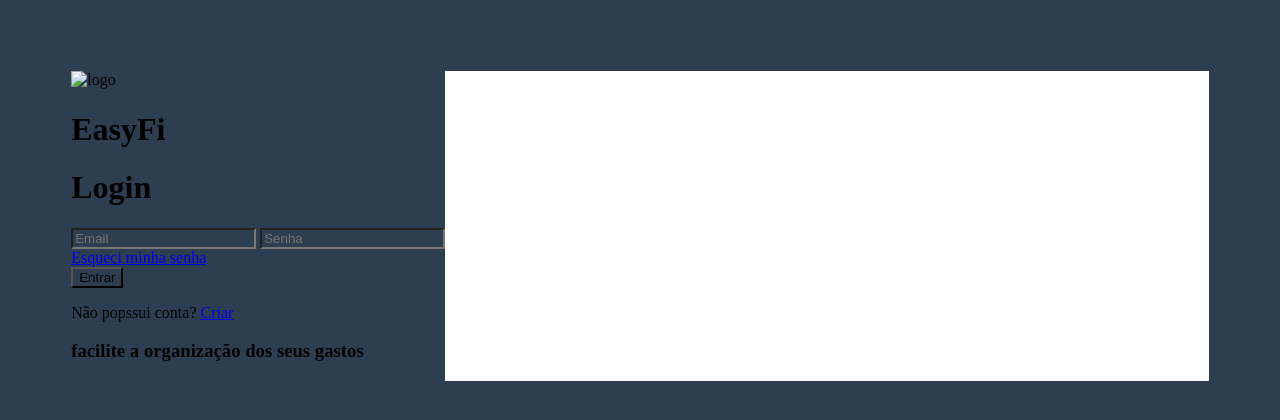
Repository: Ingridiag/projeto-engenharia
Page: login.html
The author's editor kept a copy of each file at every save. The page is drawn from the files as they stood at one save, then again after the next save.
The browser window is 1280 px wide. The pictures show the whole page.

Above is the page before, as saved 2024-10-28 15:07:28.

### login.html
<!DOCTYPE html>
<html lang="pt">

<head>
    <meta charset="UTF-8">
    <meta name="viewport" content="width=device-width, initial-scale=1.0">
    <link rel="stylesheet" href="style.css">
    <title>Login</title>
</head>

<body>
    <div class="container">

        <!-- Tela Login -->
        <div class="login">
            <div class="primeira-coluna">
                <div>
                    <img src="#" alt="logo">
                    <h1>EasyFi</h1>
                </div>
                <div>
                    <h1 class="title">Login</h1>
                    <form>
                        <input type="email" placeholder="Email">
                        <input type="password" placeholder="Senha">
                    </form>
                    <div>
                        <a href="#" class="link">Esqueci minha senha</a>

                    </div>
                    <div class="btn-default">
                        <button>
                            Entrar
                        </button>
                    </div>
                    <div>
                        <p>Não popssui conta?
                            <span>
                                <a href="#" class="link">Criar</a>
                            </span>
                        </p>
                    </div>
                </div>
                <div class="segunda-coluna">
                    <h3 class="mensagem">
                        facilite a organização dos seus gastos
                    </h3>
                </div>
            </div>
        </div>



        <div class="cadastro">
            <!-- Tela Cadastro -->
            <div class="primeira-coluna">
                <h3 class="mensagem">
                    facilite a organização dos seus gastos
                </h3>
            </div>

            <div class="segunda-coluna">
                <div>
                    <img src="#" alt="logo">
                    <h1>EasyFi</h1>
                </div>
                <div>
                    <h1 class="title">Criar Conta</h1>
                    <form>
                        <input type="text" placeholder="Nome">
                        <input type="email" placeholder="Email">
                        <input type="password" placeholder="Senha">
                        <input type="password" placeholder=" Confirmar senha">
                    </form>
                    <div>
                        <a href="#" class="link">Esqueci minha senha</a>

                    </div>
                    <div class="btn-default">
                        <button>
                            Entrar
                        </button>
                    </div>
                    <div>
                        <p>Já possui conta?
                            <span>
                                <a href="#" class="link">Login</a>
                            </span>
                        </p>
                    </div>
                </div>
            </div>
        </div>


    </div>

</body>

</html>

### style.css
* {
    background: #2C3E50;
}
.container{
    display: flex;
}

.login{
    width: 100%;
    height: 100%;
    margin: 5% ;
    display: flex;
    align-items: center;
    background: #fff;
}

.cadastro{
    display: none;
    flex-direction: column;
    position: relative;
}

After the next save:
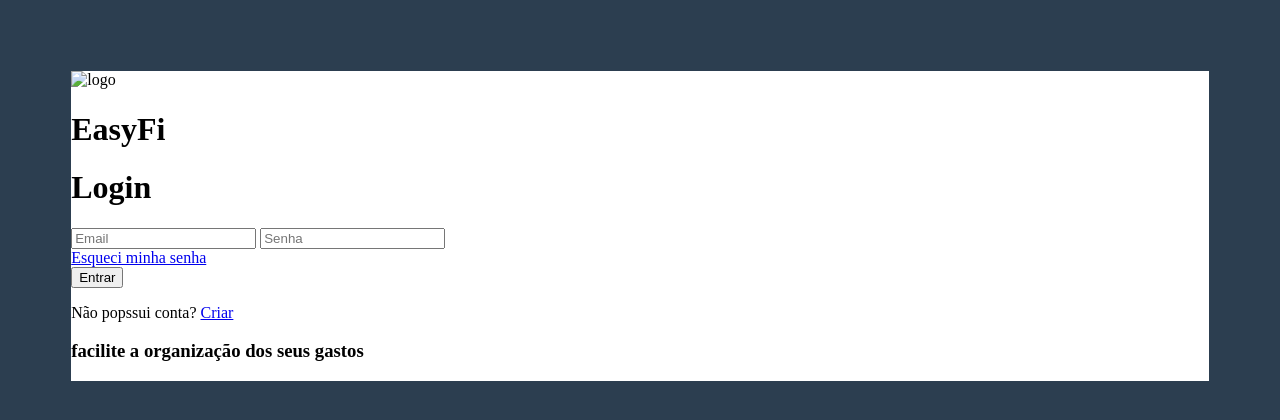
Saved 19 s later.
--- a/style.css
+++ b/style.css
@@ -1,4 +1,4 @@
-* {
+body {
     background: #2C3E50;
 }
 .container{
